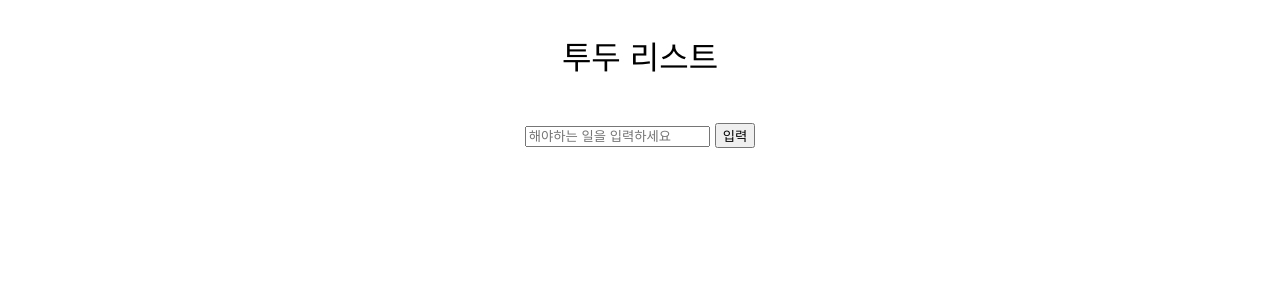
Repository: jun01270/Todo-List_React
Page: /
These files come from the project's save history. The page is drawn as it stood at one moment and after the next save; the edit follows.
The browser window is 1280 px wide. The pictures show the whole page.
The project was rebuilt for these pictures with package versions that can differ from the ones it lists, and the page was loaded fresh each time.

Above is the page before, as saved 2022-12-28 19:43:55.

After the next save:
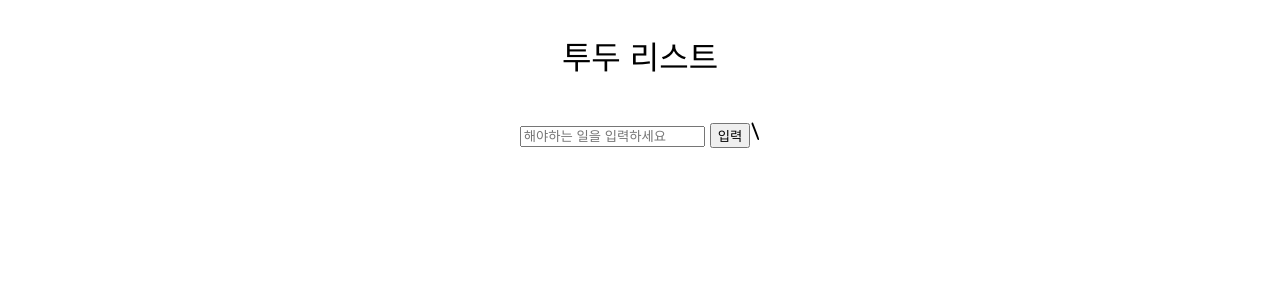
Saved 5 min 55 s later.
--- a/src/App.js
+++ b/src/App.js
@@ -8,7 +8,8 @@
         <div className="todo-list">
           <form className="todo-Form">
             <input type="text" placeholder="해야하는 일을 입력하세요"></input>
-            <input type="submit" value="입력" className="sub"></input>
+            <input type="submit" value="입력" className="sub"></input>\
+            <ul className="todo-item"></ul>
           </form>
         </div>
       </div>

After the save that followed:
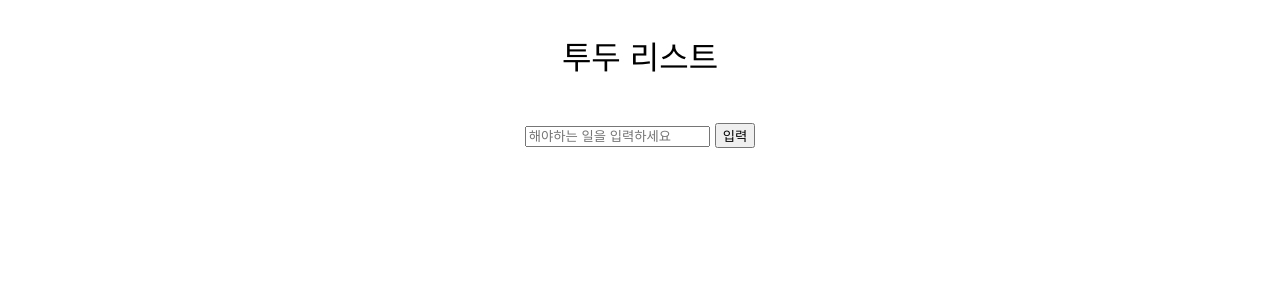
Saved 13 s later.
--- a/src/App.js
+++ b/src/App.js
@@ -8,7 +8,7 @@
         <div className="todo-list">
           <form className="todo-Form">
             <input type="text" placeholder="해야하는 일을 입력하세요"></input>
-            <input type="submit" value="입력" className="sub"></input>\
+            <input type="submit" value="입력" className="sub"></input>
             <ul className="todo-item"></ul>
           </form>
         </div>
